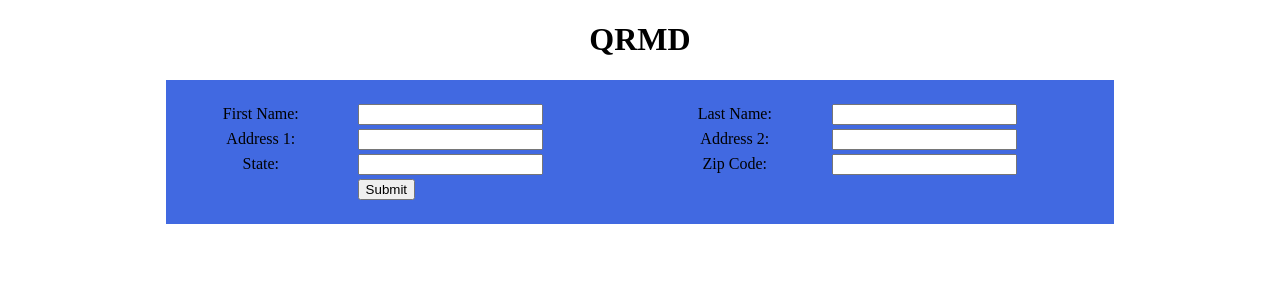
Repository: ImPickleRiiicck/QRMD
Page: http://localhost/QRMD/Pages/PatientInfoScreen.jsp
An editor plug-in stored every save of this project. The page is shown before and after the next save, followed by the edit.
The browser window is 1280 px wide. The pictures show the whole page.
The page is served by Tomcat 9. Other server files are loaded and not shown.

Above is the page before, as saved 2019-02-13 03:44:35.

### QRMD/WebContent/Pages/PatientInfoScreen.jsp
<%@ page language="java" contentType="text/html; charset=ISO-8859-1"
    pageEncoding="ISO-8859-1"%>
<!DOCTYPE html>
<html>
<head>
<meta charset="ISO-8859-1">
<title>QRMD</title>
</head>
<style>
    p
    {
        color: black;
    }
</style>
            <body>
                <font color="black" size="3">
                    <div align="center">
                        <h1>QRMD</h1>
                        <form action="qrmd.servlet.qrmdForm" method="post">
                            <table style="background-color: royalblue" align="center" width="75%" border="0" cellspacing="0" cellpadding="2">
                                <tr>
                                    <td width="20%">&nbsp;</td>
                                    <td width="30%">&nbsp;</td>
                                    <td width="20%">&nbsp;</td>
                                    <td width="30%">&nbsp;</td>
                                </tr>
                                <tr>
                                    <td align="center">First Name: </td>
                                    <td><input type="text" name="firstName"></td>
                                    <td align="center">Last Name: </td>
                                    <td><input type="text" name="lastName"></td>
                                </tr>
                                <tr>
                                    <td align="center">Address 1: </td>
                                    <td><input type="text" name="address1"></td>
                                    <td align="center">Address 2: </td>
                                    <td><input type="text" name="address2"></td>
                                </tr>
                                <tr>
                                    <td align="center">State: </td>
                                    <td><input type="text" name="state"></td>
                                    <td align="center">Zip Code: </td>
                                    <td><input type="text" name="zipCode"></td>
                                </tr>
                                <tr>
                                    <td>&nbsp;</td>
                                    <td><input type="submit" name="submit" value="Submit" onClick="submit"></td>
                                    <td>&nbsp;</td>
                                    <td>&nbsp;</td>
                                </tr>
                                <tr>
                                    <td>&nbsp;</td>
                                    <td>&nbsp;</td>
                                </tr>
                                </table>
                                </form>
                        </div>
                </font>
            </body>
</html>

After the next save:
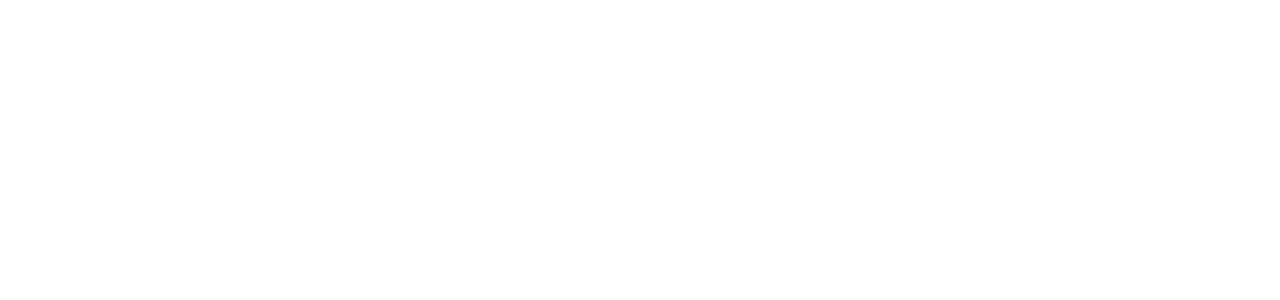
Saved 96 s later.
--- a/QRMD/WebContent/Pages/PatientInfoScreen.jsp
+++ b/QRMD/WebContent/Pages/PatientInfoScreen.jsp
@@ -7,11 +7,6 @@
 <title>QRMD</title>
 </head>
 <style>
-    p
-    {
-        color: black;
-    }
-</style>
             <body>
                 <font color="black" size="3">
                     <div align="center">

After the save that followed:
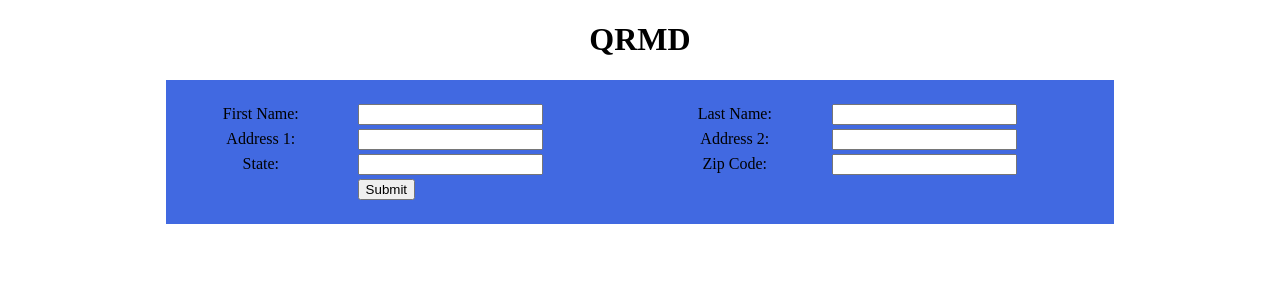
Saved 21 s later.
--- a/QRMD/WebContent/Pages/PatientInfoScreen.jsp
+++ b/QRMD/WebContent/Pages/PatientInfoScreen.jsp
@@ -6,7 +6,6 @@
 <meta charset="ISO-8859-1">
 <title>QRMD</title>
 </head>
-<style>
             <body>
                 <font color="black" size="3">
                     <div align="center">
